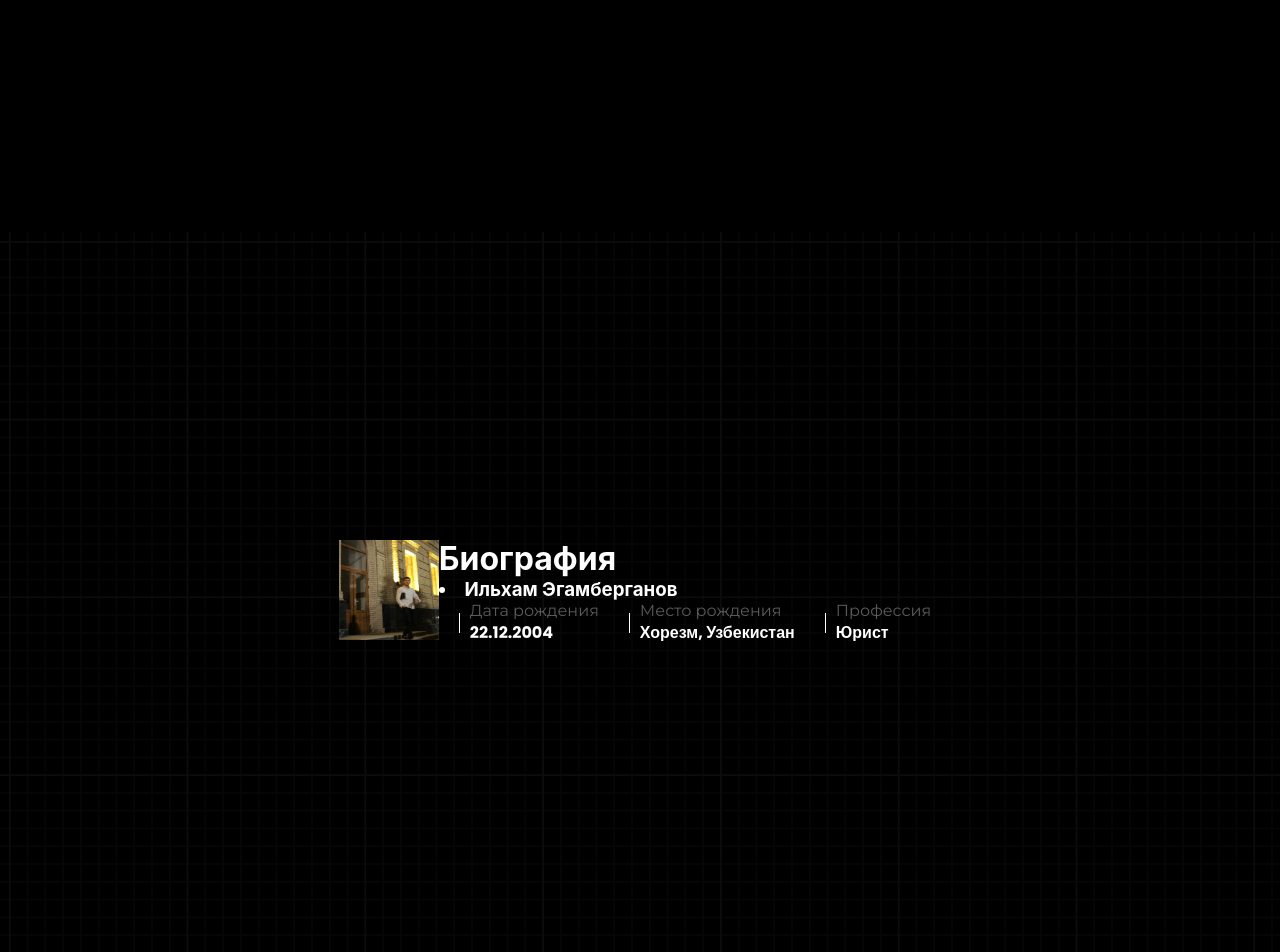
Repository: sardorexe/xishnik
Page: /
The author's editor kept a copy of each file at every save. The page is drawn from the files as they stood at one save, then again after the next save.
The browser window is 1280 px wide. The pictures show the part of the page from y = 488 to 1440 px (the page is 1440 px tall).
Pictures or frames that could not be fetched are drawn as grey boxes. Some icons come from a web library that is not loaded, so they are not drawn. Some web libraries are served in a nearby version. The project was rebuilt for these pictures with package versions that can differ from the ones it lists, and the page was loaded fresh each time. Some packages were replaced by stand-ins written for this rebuild. The framework's server and built-in components were replaced by stand-ins that run in the browser. Also part of the build but not shown: next.config.js.

Above is the page before, as saved 2021-09-27 15:39:15.

After the next save:
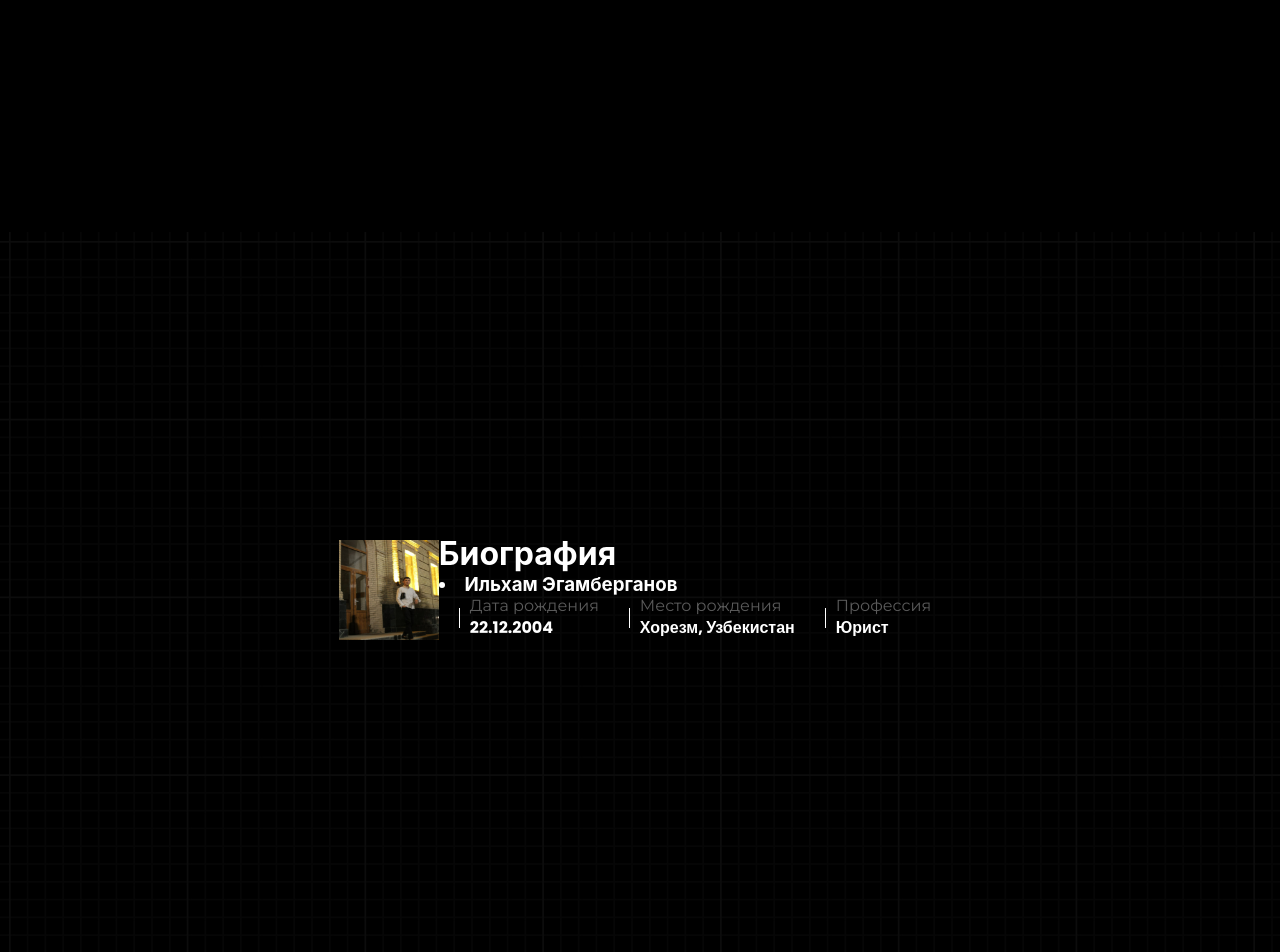
Saved 6 s later.
--- a/comps/miniComp/AboutBox.js
+++ b/comps/miniComp/AboutBox.js
@@ -16,7 +16,7 @@ export default function AboutBox({ icon, title, content }) {
           flex-direction: row;
           align-items: center;
           justify-content: center;
-          margin: 0 10px 0 0;
+          margin: 0 10px 10px 0;
         }
 
         .icon {
